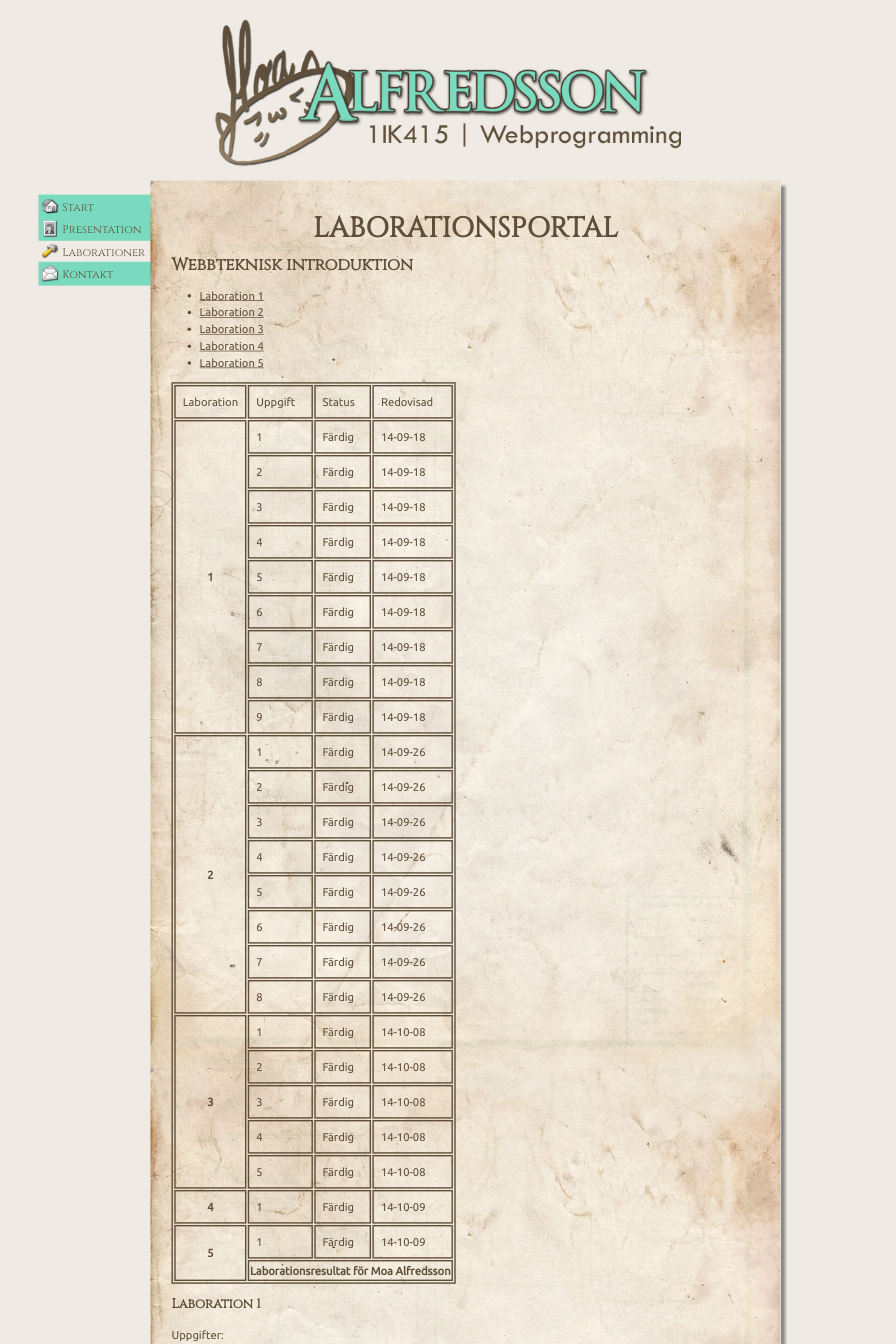
Repository: ma223md/1ik415
Page: pages/laborationer.html
The author's editor kept a record of every edit. The page is drawn from the files as they stood at one moment, then again after the next edit.
The browser window is 1280 px wide. The pictures show the part of the page from y = 0 to 1920 px (the page is 3527 px tall), at 70% of full size.

Above is the page before.

### pages/laborationer.html
<!DOCTYPE html>
<html>
    <head>
        <title>Laborationer</title>
        <meta charset="UTF-8">
        <!-- Gör så att svenska bokstäver visas korrekt -->
        <meta name="viewport" content="width=device-width, initial-scale=1.0" />
        <link rel="stylesheet" href="../css/style2.css" media="screen and (min-device-width: 481px)" />
        <link rel="stylesheet" href="../css/mobile.css" media="screen and (max-device-width: 480px)" />
        <link rel="stylesheet" href="../css/print.css" type="text/css" media="print" />
        <link href='//fonts.googleapis.com/css?family=Ubuntu' rel='stylesheet' type='text/css'>
        <link href='//fonts.googleapis.com/css?family=Cinzel' rel='stylesheet' type='text/css'>
        <link rel="apple-touch-icon" href="pictures/appleicon.png" />
    </head>
    <body>
        <div id="container">
            <div id="header">
            </div>

            <div id="navigation">
                <ul>
                    <li id="home"><a href="../index.html"> Start</a></li>
                    <li id="pres"><a href="../pages/presentation.html"> Presentation</a></li>
                    <li id="lab"><a href="../pages/laborationer.html" class="activelab"> Laborationer</a></li>
                    <li id="contact"><a href="../pages/kontakt.html"> Kontakt</a></li>
                </ul>
            </div>

            <div id="content">
                <h1>Laborationsportal</h1>
                <h2>Webbteknisk introduktion</h2>

                <ul>
                    <li><a href="#lab1">Laboration 1</a></li>
                    <li><a href="#lab2">Laboration 2</a></li>
                    <li><a href="#lab3">Laboration 3</a></li>
                    <li><a href="#lab4">Laboration 4</a></li>
                    <li><a href="#lab5">Laboration 5</a></li>
                </ul>

                <div id="table">
                    <table>
                        <tr>
                            <td>Laboration</td>
                            <td>Uppgift</td>
                            <td>Status</td>
                            <td>Redovisad</td>
                        </tr>
                        <tr>
                            <th rowspan="9">1</th>
                            <td>1</td>
                            <td>Färdig</td>
                            <td>14-09-18</td>
                        </tr>
                        <tr>
                            <td>2</td>
                            <td>Färdig</td>
                            <td>14-09-18</td>
                        </tr>
                        <tr>
                            <td>3</td>
                            <td>Färdig</td>
                            <td>14-09-18</td>
                        </tr>
                        <tr>
                            <td>4</td>
                            <td>Färdig</td>
                            <td>14-09-18</td>
                        </tr>
                        <tr>
                            <td>5</td>
                            <td>Färdig</td>
                            <td>14-09-18</td>
                        </tr>
                        <tr>
                            <td>6</td>
                            <td>Färdig</td>
                            <td>14-09-18</td>
                        </tr>
                        <tr>
                            <td>7</td>
                            <td>Färdig</td>
                            <td>14-09-18</td>
                        </tr>
                        <tr>
                            <td>8</td>
                            <td>Färdig</td>
                            <td>14-09-18</td>
                        </tr>
                        <tr>
                            <td>9</td>
                            <td>Färdig</td>
                            <td>14-09-18</td>
                        </tr>
                        <tr>
                            <th rowspan="8">2</th>
                            <td>1</td>
                            <td>Färdig</td>
                            <td>14-09-26</td>
                        </tr>
                        <tr>
                            <td>2</td>
                            <td>Färdig</td>
                            <td>14-09-26</td>
                        </tr>
                        <tr>
                            <td>3</td>
                            <td>Färdig</td>
                            <td>14-09-26</td>
                        </tr>
                        <tr>
                            <td>4</td>
                            <td>Färdig</td>
                            <td>14-09-26</td>
                        </tr>
                        <tr>
                            <td>5</td>
                            <td>Färdig</td>
                            <td>14-09-26</td>
                        </tr>
                        <tr>
                            <td>6</td>
                            <td>Färdig</td>
                            <td>14-09-26</td>
                        </tr>
                        <tr>
                            <td>7</td>
                            <td>Färdig</td>
                            <td>14-09-26</td>
                        </tr>
                        <tr>
                            <td>8</td>
                            <td>Färdig</td>
                            <td>14-09-26</td>
                        </tr>
                        <tr>
                            <th rowspan="5">3</th>
                            <td>1</td>
                            <td>Färdig</td>
                            <td>14-10-08</td>
                        </tr>
                        <tr>
                            <td>2</td>
                            <td>Färdig</td>
                            <td>14-10-08</td>
                        </tr>
                        <tr>
                            <td>3</td>
                            <td>Färdig</td>
                            <td>14-10-08</td>
                        </tr>
                        <tr>
                            <td>4</td>
                            <td>Färdig</td>
                            <td>14-10-08</td>
                        </tr>
                        <tr>
                            <td>5</td>
                            <td>Färdig</td>
                            <td>14-10-08</td>
                        </tr>
                        <tr>
                            <th rowspan="1">4</th>
                            <td>1</td>
                            <td>Färdig</td>
                            <td>14-10-09</td>
                        </tr>
                        <tr>
                            <th rowspan="3">5</th>
                            <td>1</td>
                            <td>Färdig</td>
                            <td>14-10-09</td>
                        </tr>
                        <tr>
                            <th colspan="4">Laborationsresultat för Moa Alfredsson</th>
                        </tr>
                    </table>
                </div>

                <h3><a id="lab1">Laboration 1</a></h3>
                <p>Uppgifter:</p>
                <ol>
                    <li>Utvecklingsmiljön</li>
                    <li><a href="../index.html">Ett första dokument</a></li>
                    <li><a href="../index.html">Startsidan</a></li>
                    <li>Absoluta/Relativa sökvägar
                        <dl>
                            <dt>Vilken är den absoluta sökvägen till filen bottom.html?</dt>
                            <dd>http://www.server.se/html/pages/bottom.html</dd>
                            <dt>Vilken är den relativa sökvägen från filen default.html till filen top.html?</dt>
                            <dd>pages/top.html</dd>
                            <dt>Vilken är den relativa sökvägen från filen bottom.html till filen index.html?</dt>
                            <dd>../index.html</dd>
                            <dt>Vilken är den absoluta sökvägen till filen index.html?</dt>
                            <dd>http://www.server.se/index.html  </dd>
                            <dt>Vilken är den relativa sökvägen från filen top.html till bottom.html?</dt>
                            <dd>bottom.html</dd>
                            <dt>Vilken är den relativa sökvägen från filen index.html till top.html?</dt>
                            <dd>html/pages/top.html</dd>
                        </dl>
                    </li>

                    <li><a href="laborationer.html">Länkar och mer listor</a></li>
                    <li>Bilder
                        <ul>
                            <li><a href="../pages/presentation.html#presentationsbild">Presentationsbild</a></li>
                            <li><a href="../pictures/logga2.png">Logga i pngformat</a></li>
                            <li><a href="../index.html#vektorgrafik">Vektorgrafik</a></li>
                        </ul>
                    </li>
                    <li><a href="../index.html">Video</a></li>
                    <li><a href="laborationer.html">Tabeller</a></li>
                    <li><a href="kontakt.html">Formulär</a></li>
                </ol>

                <h3><a id="lab2">Laboration 2</a></h3>
                <p>Uppgifter:</p>
                <ol>
                    <li>Använda stilmallar</li>
                    <li>Layout</li>
                    <li>Färgsättning</li>
                    <li>Menyn</li>
                    <li>Typografi</li>
                    <li>Övrigt</li>
                    <li>En ny bloggpost</li>
                    <li>Labrationssidan</li>
                </ol>

                <h3><a id="lab3">Laboration 3</a></h3>
                <p>Uppgifter:</p>
                <ol>
                    <li>Stila formuläret</li>
                    <li>Utskriftsvänlig version</li>
                    <li><a href="https://uppgift-3-3-c9-ladidah.c9.io/index.html">Copycat</a></li>
                    <li>CSS Sprites</li>
                    <li>CSS3</li>
                </ol>

                <h3><a id="lab4">Laboration 4</a></h3>
                <p>Uppgifter:</p>
                <ol>
                    <li>En mobilare portal</li>
                </ol>

                <h3><a id="lab5">Laboration 5</a></h3>
                <p>Uppgifter:</p>
                <ol>
                    <li><a href="fempunktett.html">Sidstruktur</a></li>
                    <li>Mikroformat</li>
                    <li>Fotogalleri</li>
                </ol>
            </div>

            <div id="footer">
                <p>Ansvarig för materialet på den här sidan är Moa Alfredsson</p>
            </div>
        </div>
    </body>
</html>

### css/style2.css
/* Layout */

/*  Colors
    Main: #e1e0ce
    Navigation: #79dac0
    Content text: #5f4f3a
*/
body
    {
        background: #efebe4;
        line-height: 1.5em;
    }

#header
    {
        background-image: url(pics/logga2.png);
        background-repeat: no-repeat;
        background-position: center;
        height:250px;
    }

#container
    {
        background: #efebe4;
        width: 1250px;
        overflow: auto;
        margin: 0 auto;
    }


#header img
    {
        padding-top: 15px;
        padding-left: 185px;
    }

#home a
    {
        background: url(pics/sprite.png) 5px -43px;
        background-repeat: no-repeat;
    }
#home a:hover
    {
        background: url(pics/sprite.png) 5px 5px;
        background-repeat: no-repeat;
        background-color:  #95efd7;
    }

#pres a
    {
        background: url(pics/sprite.png) 5px -235px;
        background-repeat: no-repeat;
    }
#pres a:hover
    {
        background: url(pics/sprite.png) 5px -187px;
        background-repeat: no-repeat;
        background-color:  #95efd7;
    }

#lab a
    {
        background: url(pics/sprite.png) 5px -139px;
        background-repeat: no-repeat;
    }

#lab a:hover
    {
        background: url(pics/sprite.png) 5px -91px;
        background-repeat: no-repeat;
        background-color:  #95efd7;
    }

#contact a
    {
        background: url(pics/sprite.png) 5px -331px;
        background-repeat: no-repeat;
    }

#contact a:hover
    {
        background: url(pics/sprite.png) 5px -283px;
        background-repeat: no-repeat;
        background-color:  #95efd7;
    }

#navigation
    {
        float: left;
        background: #efebe4;
        width: 200px;
    }

#navigation ul
    {
        list-style: none;
    }

#navigation li
    {
            width: 185px;
            height: 24px;
            padding-top: 4px;
            padding-bottom: 4px;
    }

#navigation a
    {
        padding-left: 34px;
        padding-right: 8px;
        padding-top: 6px;
        padding-bottom: 4px;
        text-decoration: none;
        font-family: 'Cinzel', serif;
        background-color: #79dac0;
        color: #5f4f3a;
        display: block;
    }

#navigation ul li .activehome
    {
        color: #5f4f3a;
        background-color: #95efd7;
        background: url(pics/sprite.png) 5px 5px;
        background-repeat: no-repeat;
    }
#navigation ul li .activepres
    {
        color: #5f4f3a;
        background-color: #95efd7;
        background: url(pics/sprite.png) 5px -187px;
        background-repeat: no-repeat;
    }
#navigation ul li .activelab
    {
        color: #5f4f3a;
        background-color: #95efd7;
        background: url(pics/sprite.png) 5px -91px;
        background-repeat: no-repeat;
    }
#navigation ul li .activecontact
    {
        color: #5f4f3a;
        background-color: #95efd7;
        background: url(pics/sprite.png) 5px -283px;
        background-repeat: no-repeat;
    }


#content
    {
        background-image: url(pics/paperbackground.jpg);
        width: 840px;
        float: left;
        box-shadow: 8px 8px 4px #888888;
        padding: 30px;
        color: #5f4f3a;
        font-family: 'Ubuntu', sans-serif;
    }

#content p
    {
        padding-bottom: 10px;
    }

#content .blogdate
    {
        font-size: 0.7em;
        clear: both;
    }

#content h1
    {
        color: #5f4f3a;
        font-family: 'Cinzel', serif;
        font-size: 2.5em;
        text-transform: uppercase;
        text-align: center;
    }

#content h2, h3
    {
        color: #5f4f3a;
        font-family: 'Cinzel', serif;
    }

#content table, th, td
    {
        border: 2px solid #5f4f3a;
    }

#content td
    {
        padding: 10px;
    }

#content a
    {
        color: #5f4f3a;
    }
/* Textwrap för bilder */
.TextWrapRight
    {
        float: right;
        padding-bottom: 10px;
        padding-left: 10px;
    }
.TextWrapLeft
    {
        float: left;
        padding-bottom: 10px;
        padding-right: 10px;
    }

img
    {
        max-width: 100%;
    }

video
    {
        max-width: 700px;
    }

form
    {
        margin:auto;
        position:relative;
        width:550px;
        color: #5f4f3a;
        font-family: 'Ubuntu', sans-serif;
        -webkit-border-radius: 10px;
        -moz-border-radius: 10px;
        padding:10px;
        border: 1px solid #999;
        border: inset 1px solid #333;
        -webkit-box-shadow: 0px 0px 8px rgba(0, 0, 0, 0.3);
        -moz-box-shadow: 0px 0px 8px rgba(0, 0, 0, 0.3);
        box-shadow: 0px 0px 8px rgba(0, 0, 0, 0.3);
    }

input, option, textarea, select
    {
        border: 1px solid #999;
        -webkit-box-shadow: 0px 0px 8px rgba(0, 0, 0, 0.3);
        -moz-box-shadow: 0px 0px 8px rgba(0, 0, 0, 0.3);
        box-shadow: 0px 0px 8px rgba(0, 0, 0, 0.3);
    }

.fillIn
    {
        width:375px;
        display:block;
    }

.button
    {
        width:80px;
        margin-top:10px;
        padding: 5px;
        color: #5f4f3a;
        font-family: 'Ubuntu', sans-serif;
    }


/* Placerar footer under kolumnerna */
#footer
    {
        clear: both;
        background: #79dac0;
        height: 66px;
    }

#footer p
    {
        color: #5f4f3a;
        font-family: 'Ubuntu', sans-serif;
        font-size: 0.7em;
        text-align: center;
        padding-top: 20px;
    }

### css/mobile.css
@media screen and (max-width: 480px) {
  .container,
  .navigation,
  .content,
  .footer {
    float: none;
    width: auto;
  }
}

body
    {
        background: #efebe4;
        line-height: 1.5em;
    }

#container
    {
        background: #efebe4;
        margin: 0 auto;
    }

#home a
    {
        background: url(pics/sprite.png) 5px -43px;
        background-repeat: no-repeat;
    }
#home a:hover
    {
        background: url(pics/sprite.png) 5px 5px;
        background-repeat: no-repeat;
        background-color:  #95efd7;
    }

#pres a
    {
        background: url(pics/sprite.png) 5px -235px;
        background-repeat: no-repeat;
    }
#pres a:hover
    {
        background: url(pics/sprite.png) 5px -187px;
        background-repeat: no-repeat;
        background-color:  #95efd7;
    }

#lab a
    {
        background: url(pics/sprite.png) 5px -139px;
        background-repeat: no-repeat;
    }

#lab a:hover
    {
        background: url(pics/sprite.png) 5px -91px;
        background-repeat: no-repeat;
        background-color:  #95efd7;
    }

#contact a
    {
        background: url(pics/sprite.png) 5px -331px;
        background-repeat: no-repeat;
    }

#contact a:hover
    {
        background: url(pics/sprite.png) 5px -283px;
        background-repeat: no-repeat;
        background-color:  #95efd7;
    }

#navigation
    {
        background: #efebe4;
    }

#navigation ul
    {
        list-style: none;
        -webkit-padding-start: 0;
    }

#navigation li
    {
            width: auto;
            height: 24px;
            padding-top: 4px;
            padding-bottom: 4px;
    }

#navigation a
    {
        padding-left: 34px;
        padding-right: 8px;
        padding-top: 5px;
        padding-bottom: 4px;
        text-decoration: none;
        font-family: 'Cinzel', serif;
        background-color: #79dac0;
        color: #5f4f3a;
        display: block;
    }

#navigation ul li .activehome
    {
        color: #5f4f3a;
        background-color: #95efd7;
        background: url(pics/sprite.png) 5px 0px;
        background-repeat: no-repeat;
    }
#navigation ul li .activepres
    {
        color: #5f4f3a;
        background-color: #95efd7;
        background: url(pics/sprite.png) 5px -187px;
        background-repeat: no-repeat;
    }
#navigation ul li .activelab
    {
        color: #5f4f3a;
        background-color: #95efd7;
        background: url(pics/sprite.png) 5px -91px;
        background-repeat: no-repeat;
    }
#navigation ul li .activecontact
    {
        color: #5f4f3a;
        background-color: #95efd7;
        background: url(pics/sprite.png) 5px -283px;
        background-repeat: no-repeat;
    }

#content
    {
        background-image: url(pics/paperbackground.jpg);
        background-size: auto;
        padding: 30px;
        color: #5f4f3a;
        font-family: 'Ubuntu', sans-serif;
    }

#content p
    {
        padding-bottom: 5px;
    }

#content .blogdate
    {
        font-size: 0.7em;
        clear: both;
    }

#content h1
    {
        color: #5f4f3a;
        font-family: 'Cinzel', serif;
        font-size: 1.5em;
        text-transform: uppercase;
        text-align: center;
    }

#content h2, h3
    {
        font-size: 1em;
        color: #5f4f3a;
        font-family: 'Cinzel', serif;
    }

#table
{
    width: auto;
    overflow: auto;
}

#content table, th, td
    {
        border: 2px solid #5f4f3a;
    }

#content td
    {
        padding: 10px;
    }

#content a
    {
        color: #5f4f3a;
    }

img, video
    {
        max-width: 100%;
    }

img #laytonpic
 {
     width: 500px;
 }

video #ghostvideo
 {
     width: 720px;
 }

form
    {
        margin:auto;
        position:relative;
        width:auto;
        color: #5f4f3a;
        font-family: 'Ubuntu', sans-serif;
        -webkit-border-radius: 5px;
        -moz-border-radius: 5px;
        padding: 5px;
        border: 1px solid #999;
        border: inset 1px solid #333;
        -webkit-box-shadow: 0px 0px 8px rgba(0, 0, 0, 0.3);
        -moz-box-shadow: 0px 0px 8px rgba(0, 0, 0, 0.3);
        box-shadow: 0px 0px 8px rgba(0, 0, 0, 0.3);
    }

input, option, textarea, select
    {
        border: 1px solid #999;
        -webkit-box-shadow: 0px 0px 8px rgba(0, 0, 0, 0.3);
        -moz-box-shadow: 0px 0px 8px rgba(0, 0, 0, 0.3);
        box-shadow: 0px 0px 8px rgba(0, 0, 0, 0.3);
    }

.fillIn
    {
        width: auto;
        display:block;
    }

.button
    {
        width:80px;
        margin-top:10px;
        padding: 5px;
        color: #5f4f3a;
        font-family: 'Ubuntu', sans-serif;
    }

/* Placerar footer under kolumnerna */
#footer
    {
        clear: both;
        background: #79dac0;
        height: 66px;
    }

#footer p
    {
        color: #5f4f3a;
        font-family: 'Ubuntu', sans-serif;
        font-size: 0.7em;
        text-align: center;
        padding-top: 20px;
    }

### css/print.css
#navigation {display: none}

body
    {
        background: white;
        line-height: 1.5em;
    }

#header
    {
    display: none;
    }

#content
    {
        width: 840px;
        float: left;
        padding: 30px;
    }

#content p
    {
        padding-bottom: 10px;
    }

#content .blogdate
    {
        font-size: 0.7em;
        clear: both;
    }

#content h1
    {
        color: #5f4f3a;
        font-size: 2.5em;
        text-transform: uppercase;
        text-align: center;
    }

#content table, th, td
    {
        border: 2px solid black;
    }

#content td
    {
        padding: 10px;
    }

@media print{
       a:after{ content: " ("attr(href)")"}


#content video
{
    display: none;
}
/* Textwrap för bilder */
.TextWrapRight
    {
        float: right;
        padding-bottom: 10px;
        padding-left: 10px;
    }
.TextWrapLeft
    {
        float: left;
        padding-bottom: 10px;
        padding-right: 10px;
    }

form
    {
        margin:auto;
        position:relative;
        width:550px;
        -webkit-border-radius: 10px;
        -moz-border-radius: 10px;
        padding:10px;
        border: 1px solid #999;
        border: inset 1px solid #333;
    }

input, option, textarea, select
    {

        border: 1px solid #999;
    }

.fillIn
    {
        width:375px;
        display:block;
    }

.button
{
    width:80px;
    margin-top:10px;
    padding: 5px;
}

/* Placerar footer under kolumnerna */
#footer
    {
        clear: both;
        background: white;
        height: 66px;
    }

#footer p
    {
        font-size: 0.7em;
        text-align: center;
        padding-top: 20px;
    }

After the next edit:
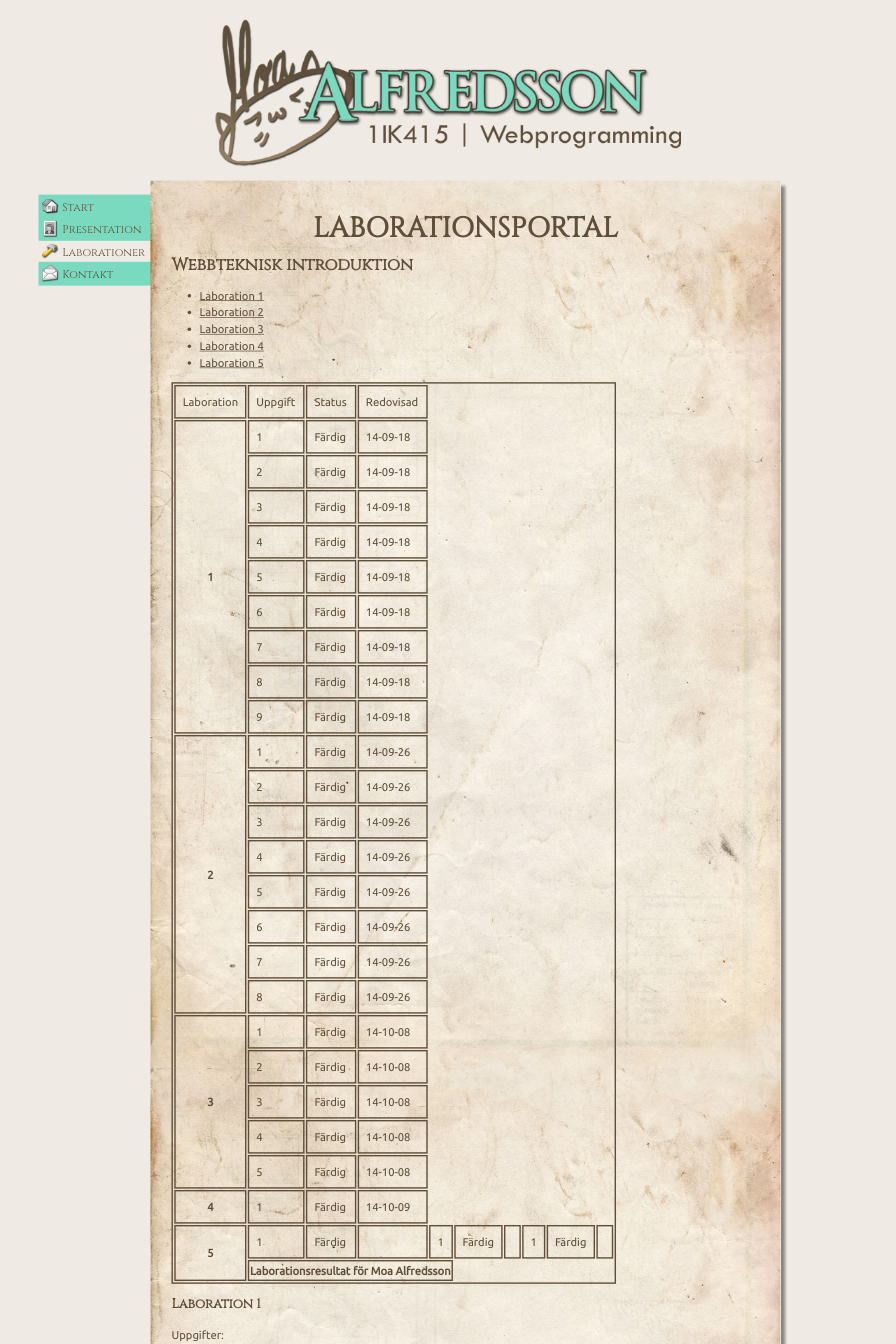
The edit:
--- a/pages/laborationer.html
+++ b/pages/laborationer.html
@@ -169,7 +169,13 @@
                             <th rowspan="3">5</th>
                             <td>1</td>
                             <td>Färdig</td>
-                            <td>14-10-09</td>
+                            <td></td>
+                                                        <td>1</td>
+                            <td>Färdig</td>
+                            <td></td>
+                                                        <td>1</td>
+                            <td>Färdig</td>
+                            <td></td>
                         </tr>
                         <tr>
                             <th colspan="4">Laborationsresultat för Moa Alfredsson</th>
